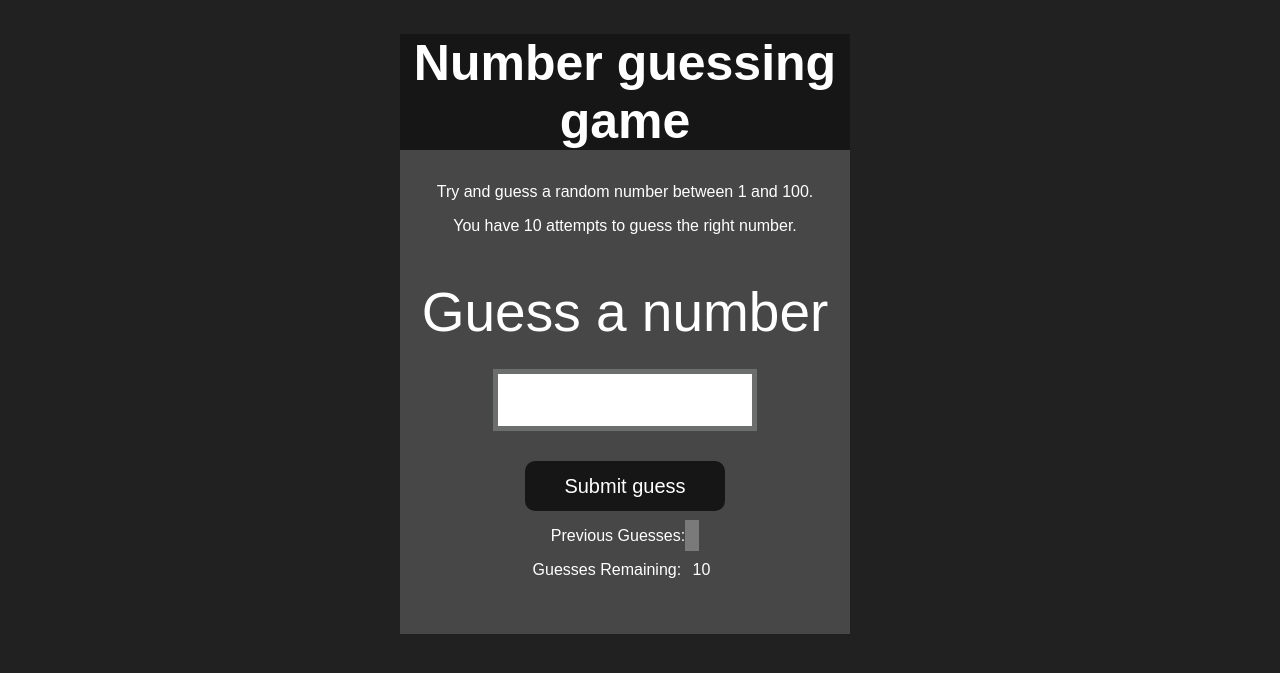
Repository: Chiranshukapil/Mini-project
Page: index.html
An editor plug-in stored every save of this project. The page is shown before and after the next save, followed by the edit.
The browser window is 1280 px wide. The pictures show the whole page.

Above is the page before, as saved 2024-06-24 01:33:31.
Not found: styles.css

### index.html
<!DOCTYPE html>
<html lang="en">
<head>
    <meta charset="UTF-8">
    <meta name="viewport" content="width=device-width, initial-scale=1.0">
    <meta http-equiv="X-UA-Compatible" content="ie=edge">
    <title>Number Guessing Game</title>
    <link rel="stylesheet" href="style.css">
    <link rel="stylesheet" href="../styles.css">
</head>
<body style="background-color:#212121; color:#fff;">
  <!-- <nav>
    <a href="/" aria-current="page">Home</a>
    <a target="_blank" href="https://www.youtube.com/@chaiaurcode"
      >Youtube channel</a
    >
  </nav> -->

    <div id="wrapper">
        <h1>Number guessing game</h1>
        <p>Try and guess a random number between 1 and 100.</p>
        <p>You have 10 attempts to guess the right number.</p>
        </br>
        <form class="form">
            <label for="guessField" id="guess">Guess a number</label>
            <input type="text" id="guessField" class="guessField">
            <input type="submit" id="subt" value="Submit guess" class="guessSubmit">
        </form>

        <div class="resultParas">
            <p >Previous Guesses: <span class="guesses"></span></p>
            <p >Guesses Remaining: <span class="lastResult">10</span></p>
            <p class="lowOrHi"></p>
        </div>
    </div>
    <script src="script.js"></script>
</body>
</html>

### style.css
html {
    font-family: sans-serif;
}

body {
    width: 300px;
    max-width: 750px;
    min-width: 480px;
    margin: 0 auto;
    background-color: #212121;
}

.lastResult {
    color: white;
    padding: 7px;
}

.guesses {
    color: white;
    padding: 7px;
}

button {
    background-color: #141414;
    color: #fff;
    width: 250px;
    height: 50px;
    border-radius: 25px;
    font-size: 30px;
    border-style: none;
    margin-top: 30px;
    /* margin-left: 50px; */
}

#subt {
    background-color: #161616;
    color: #ffffff;
    width: 200px;
    height: 50px;
    border-radius: 10px;
    font-size: 20px;
    border-style: none;
    margin-top: 30px;
    /* margin-left: 75px; */
}

#guessField {
    color: #000;
    width: 250px;
    height: 50px;
    font-size: 30px;
    border-style: none;
    margin-top: 25px;

    /* margin-left: 50px; */
    border: 5px solid #6c6d6d;
    text-align: center;
}

#guess {
    font-size: 55px;
    /* margin-left: 90px; */
    margin-top: 120px;
    color: #fff;
}

.guesses {
    background-color: #7a7a7a;
}

#wrapper {
    box-sizing: border-box;
    text-align: center;
    width: 450px;
    height: 600px;
    background-color: #474747;
    color: #fff;
    font-size: 25px;
}

h1 {
    background-color: #161616;
    color: #fff;
    text-align: center;
}

p {
    font-size: 16px;
    text-align: center;
}

### script.js
let randomnumber = parseInt(Math.random()*100 + 1)

const submit = document.querySelector('#subt')
const userinput = document.querySelector('#guessField')
const guessslot = document.querySelector('.guesses')
const remaining = document.querySelector('.lastResult')
const loworhi = document.querySelector('.lowOrHi')
const startover = document.querySelector('.resultParas')

const p = document.createElement('p')

let Prevguesses = []
let numguesses = 1

let playgame = true

if(playgame){
    submit.addEventListener('click', function(e){
        e.preventDefault()
        const guess = parseInt(userinput.value)
        validateguess(guess)
    })
}
function validateguess(guess){
    if(isNaN(guess)){
        alert('Please enter a valid number')
    }
    else if(guess<1){
        alert("Please enter number greater than 0")
    }else if(guess>100){
        alert('Please enter a number less than 100')
    }else{
        Prevguesses.push(guess)
        if(numguesses===11){
            displayguess(guess)
            displaymessage(`Game Over. Random number was ${randomnumber}`)
            endgame()
        }else{
            displayguess(guess)
            checkGuess(guess)
        }
    }

}

function checkGuess(guess){
    if(guess===randomnumber){
        displaymessage("You Guessed it right")
        endgame()
    }else if(guess<randomnumber){
        displaymessage("Your guess is tooooooooo low")
    }else if(guess>randomnumber){
        displaymessage("Your guess is tooooooooo high")
    }
}

function displayguess(guess){
    userinput.value=''
    guessslot.innerHTML += `${guess}, `
    numguesses++
    remaining.innerHTML = `${11-numguesses}`
}

function displaymessage(message){
    loworhi.innerHTML = `<h2>${message}</h2>`
}

function endgame(){
    userinput.value = ''
    userinput.setAttribute('disabled','')
    p.classList.add('button')
    p.innerHTML = '<h2 id="newGame">Start new game</h2>'
    startover.appendChild(p)
    playgame = false
    newgame()
}

function newgame(){
    const newgame = document.querySelector('#newGame')
    newgame.addEventListener('click', function(e){
        randomnumber = parseInt(Math.random()*100 + 1)
        Prevguesses = []
        numguesses = 1
        guessslot.innerHTML = ''
        remaining.innerHTML = `${11-numguesses}`
        userinput.removeAttribute('disabled')
        startover.removeChild(p)
        playgame = true
    })
}

After the next save:
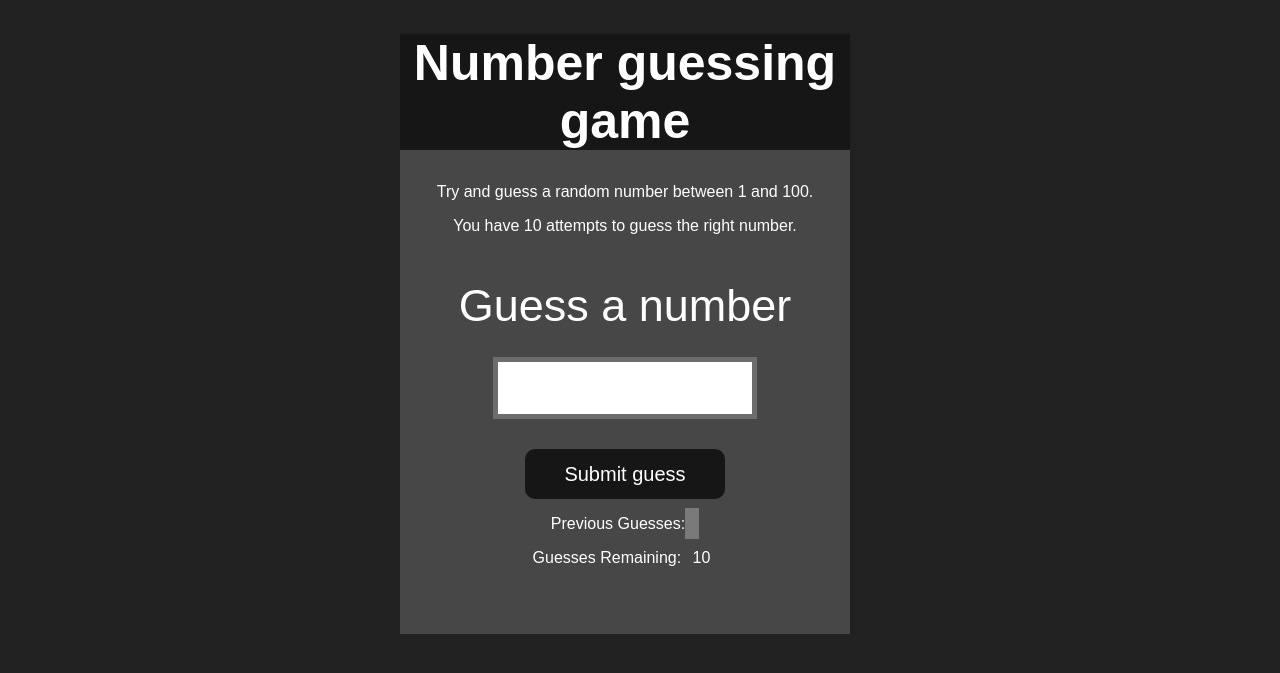
Saved 28 s later.
--- a/style.css
+++ b/style.css
@@ -58,7 +58,7 @@ button {
 }
 
 #guess {
-    font-size: 55px;
+    font-size: 45px;
     /* margin-left: 90px; */
     margin-top: 120px;
     color: #fff;
